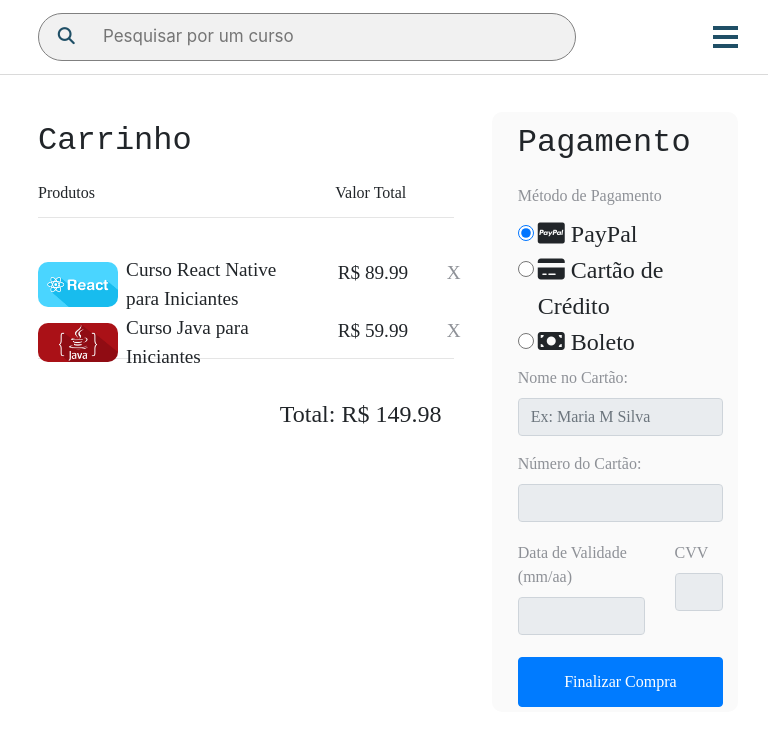
Repository: dudualtmann/Wissen
Page: Projeto Final2/WebContent/checkout.html
An editor plug-in stored every save of this project. The page is shown before and after the next save, followed by the edit.
The browser window is 768 px wide. The pictures show the whole page.
Some web fonts or font styles are not loaded; a fallback is used. Some web libraries are served in a nearby version.

Above is the page before, as saved 2021-01-30 06:54:41.

### Projeto Final2/WebContent/checkout.html
<!doctype html>
<html lang="pt-br">
  <head>
    <title>Wissen | Checkout</title>
    <!-- Required meta tags -->
    <meta charset="ISO-8859-1">
    <meta name="viewport" content="width=device-width, initial-scale=1, shrink-to-fit=no">
    <link href="https://fonts.googleapis.com/css2?family=Bree+Serif&display=swap" rel="stylesheet">
    <link href="https://fonts.googleapis.com/css2?family=Big+Shoulders+Inline+Display:wght@600&display=swap" rel="stylesheet">
    <link rel="preconnect" href="https://fonts.gstatic.com">
    <link href="https://fonts.googleapis.com/css2?family=Major+Mono+Display&display=swap" rel="stylesheet">
    <link rel="stylesheet" href="css/style.css">
    <link rel="stylesheet" href="css/checkout.css">
    <script src="https://kit.fontawesome.com/b1b1442df1.js" crossorigin="anonymous"></script>
    <!-- Bootstrap CSS -->
    <link rel="stylesheet" href="https://stackpath.bootstrapcdn.com/bootstrap/4.3.1/css/bootstrap.min.css" integrity="sha384-ggOyR0iXCbMQv3Xipma34MD+dH/1fQ784/j6cY/iJTQUOhcWr7x9JvoRxT2MZw1T" crossorigin="anonymous">
  </head>
  <body>

    <header class="header-wissen">
        <nav class="menu-topo-wissen row">
        <div class="wis-menu col-sm-2">
            <a class="logo-wissen-a" href="index.html" title="Wissen - A Plataforma do Conhecimento">
                <img class="logo-wissen" src="images/labelwissen.png" alt="WISSEN">
            </a>
        </div>

        <nav class="menu-itens col-sm-6">
            <span class="nav-item"><a href="#">Categorias</a></span>
            <span class="span-search">
                <input type="text" placeholder="Pesquisar por um curso">
                <button type="submit"><i class="fa fa-search"></i></button>
            </span>
        </nav>

        <div class="login-box col-sm-4 pr-5">
            <a class="btn-cart" href="#" role="button" ><i class="fas fa-shopping-cart"></i></a>
            <a class="btn-heart" href="#" role="button" ><i class="fas fa-heart"></i></a>
            <a class="btn-cursos" href="#" role="button" >Meus Cursos</a>
            <a href="#"><i class="fas fa-user link-login-wissen login-svg" ></i></a>
        </div>
    </nav>
    <!-- Mobile -->
    <nav class="nav-mobile">


        <span class="span-search">
            <input type="text" placeholder="Pesquisar por um curso">
            <button type="submit"><i class="fa fa-search"></i></button>
        </span>



        <div class="burger">
            <div class="line1"></div>
            <div class="line2"></div>
            <div class="line3"></div>
        </div>

        <ul class="nav-links">
            <li class="nav-li1"><a href="#">Categorias</a></li>
            <li ><a class="btn-cart" href="#" role="button" ><i class="fas fa-shopping-cart"></i></a></li>
            <li ><a class="btn-heart" href="#" role="button" ><i class="fas fa-heart"></i></a></li>
            <li ><a class="btn-cursos" href="#" role="button" >Meus Cursos</a></li>
            <li><a href="#"><i class="fas fa-user link-login-wissen login-svg"></i></a></li>
            <li><a class="logo-wissen-a" href="home.html" title="Wissen - A Plataforma do Conhecimento">
                <img class="logo-wissen" src="images/labelwissen.png" alt="WISSEN">
            </a></li>
        </ul>
    </nav>
    </header>

    <main class="container-fluid">
        <form action="SvCadastroPedido" method="POST">
            <input type="hidden" name="id_cursos" id="id_cursos" value="">
            <input type="hidden" name="total-price" id="total-price" value="">

        <section class="row main-section">

        <div class="col-md-8 left-col">
            <p class="p-title">Carrinho</p>
            <div class="divider">
                <div class="div-products">
                    <div class="row labels">
                        <p class="col-md-8">Produtos</p>
                        <p class="col-md-4">Valor Total</p>
                    </div>
                    <hr>

                    <div class="courses row align-items-center">
                        <div class="col-md-8 item">
                            <img src="images/react.png" alt="">
                            <div class="p-text">Curso React Native para Iniciantes</div>
                        </div>
                        <div class="col-md-3">
                            <div class="p-text">R$ 89.99</div>
                        </div>
                        <div class="col-md-1"><button class="btn-x">X</button></div>
                        <input type="hidden" class="id-curso" value="2">
                    </div>

                    <div class="courses row align-items-center">
                        <div class="col-md-8 item">
                            <img src="images/java.png" alt="">
                            <div class="p-text">Curso Java para Iniciantes</div>
                        </div>
                        <div class="col-md-3">
                            <div class="p-text">R$ 59.99</div>
                        </div>
                        <div class="col-md-1"><button class="btn-x">X</button></div>
                        <input type="hidden" class="id-curso" value="1">
                    </div>

                    <hr>
                    <div class="total">
                        <p class="total-price">Total: R$ <span id="preco-total">149.98</span></p>
                    </div>

                </div>
            </div>
        </div>

        <div class="col-md-4 right-col">
            <p class="p-title">Pagamento</p>
            <div class="div-checkout">
                <label class="l-text">Método de Pagamento</label>
                <div class="form-check">
                    <label class="form-check-label">
                    <input type="radio" class="form-check-input" name="payment-method" id="" value="PayPal" checked>
                    <i class="fab fa-cc-paypal"></i> PayPal
                  </label>
                </div>
                <div class="form-check">
                    <label class="form-check-label">
                    <input type="radio" class="form-check-input" name="payment-method" id="" value="Cartão de Crédito">
                    <i class="fas fa-credit-card"></i> Cartão de Crédito
                  </label>
                </div>
                <div class="form-check">
                    <label class="form-check-label">
                    <input type="radio" class="form-check-input" name="payment-method" id="" value="Boleto">
                    <i class="fas fa-money-bill"></i> Boleto
                  </label>

                </div>
                <div class="form-group first-input">
                    <label class="l-text">Nome no Cartão:</label>
                    <input type="text"
                      class="form-control" name="name" id="" aria-describedby="helpId" placeholder="Ex: Maria M Silva" disabled>
                </div>
                <div class="form-group">
                    <label class="l-text">Número do Cartão:</label>
                    <input type="text"
                      class="form-control" name="name" id="" aria-describedby="helpId" placeholder="" disabled>
                </div>

                <div class="row">
                  <div class="form-group col-md-8">
                    <label class="l-text">Data de Validade (mm/aa)</label>
                    <input type="text"
                        class="form-control" name="" id="" aria-describedby="helpId" placeholder="" disabled>
                  </div>
                  <div class="form-group col-md-4">
                    <label class="l-text">CVV</label>
                    <input type="number"
                        class="form-control" name="" id="" aria-describedby="helpId" placeholder="" disabled>
                  </div>
                </div>

                <input name="" id="" class="btn btn-primary btn-finalizar" type="submit" value="Finalizar Compra">
            </div>
        </div>

    </section>
    </form>
    </main>





    <!-- Optional JavaScript -->

    <script src="https://ajax.googleapis.com/ajax/libs/jquery/3.5.1/jquery.min.js"></script>


    <!-- jQuery first, then Popper.js, then Bootstrap JS -->
    <script src="https://code.jquery.com/jquery-3.3.1.slim.min.js" integrity="sha384-q8i/X+965DzO0rT7abK41JStQIAqVgRVzpbzo5smXKp4YfRvH+8abtTE1Pi6jizo" crossorigin="anonymous"></script>
    <script src="https://cdnjs.cloudflare.com/ajax/libs/popper.js/1.14.7/umd/popper.min.js" integrity="sha384-UO2eT0CpHqdSJQ6hJty5KVphtPhzWj9WO1clHTMGa3JDZwrnQq4sF86dIHNDz0W1" crossorigin="anonymous"></script>
    <script src="https://stackpath.bootstrapcdn.com/bootstrap/4.3.1/js/bootstrap.min.js" integrity="sha384-JjSmVgyd0p3pXB1rRibZUAYoIIy6OrQ6VrjIEaFf/nJGzIxFDsf4x0xIM+B07jRM" crossorigin="anonymous"></script>
    <script src="js/nav.js"></script>
    <script src="js/checkout.js"></script>

  </body>
</html>

### Projeto Final2/WebContent/css/style.css
/* style.css */

/* --- Header ---- */

.menu-topo-wissen{
    width: 100%;
}

.logo-wissen{
    margin-left: 25px;
    width: 170px;
}

.header-wissen{
    height: 75px;
    position: fixed;
    top: 0;
    z-index: 120;
    background-color: #fff;
    width: 100%;
    display: flex;
    align-items: center;
    padding: 0;
    border-bottom: 1px solid #dadada;
    box-sizing: border-box;
}

.login-box{
    display: flex;
    flex: 0 0 auto;
    align-items: center;
    justify-content: flex-end;
}

.login-svg{
    width: 30px;
}

.btn-cadastrar{
    background: #D9E7EE;
    right: 25px;
    color: #1F4F66;
    top: 18px;
    padding: 13px 20px;
    border-radius: 26px;
    font-weight: 600;
    margin-right: 10px;
    cursor: pointer;
    text-decoration: none;
}

.menu-itens{
    display: flex;
    justify-content: flex-start;
    align-items: center;
    font-family: 'Bree Serif', serif;
}

.menu-itens span a{
    text-decoration: none;
    color: #1F4F66;
    font-size: 1.4rem;
}

.menu-itens span a:hover{
    color: #1f50669a;
}

.nav-item{
    margin-left: 5%;
}

.burger{
    display: none;
}

.burger div{
    width: 25px;
    height: 4px;
    background-color:  #1F4F66;
    margin: 5px;
}

.nav-links{
    font-family: 'Bree Serif', serif;
    list-style: none;
    color: #1F4F66;
    font-size: 1.4rem;
    display: none;
}

.nav-links a{
    color: #1F4F66;
    text-decoration: none;
}

.nav-links a:hover{
    color: #1f50669a;
    text-decoration: none;
}

.nav-mobile{
    display: none;
}

/* CSS da NAV de quanto está logado */

.btn-cart{
    color: #1F4F66;
    font-size: 25px;
    padding: 13px 20px;

}

.btn-heart{
    color: #1F4F66;
    font-size: 25px;
    padding: 13px 20px;
    border-radius: 26px;
    margin-right: 20px;
}

.login-box a:hover{
    color:  #1f50669a;
}

.span-search {
    border: 1px solid grey;
    background: #f1f1f1;
    border-radius: 25px;
    width: 100%;
    margin-left: 5%;
}

.span-search input{
    padding: 10px;
    font-size: 17px;
    border: none;
    width: 90%;
    background: transparent;
    outline: none;
}

.span-search button {
    width: 10%;
    padding: 10px;
    float: left;
    background-color: transparent;
    border: none;
    text-decoration: none;
    color: #1F4F66;
    font-size: 17px;
    border-left: none; /* Prevent double borders */
    cursor: pointer;
}

.btn-cursos{
    font-family: 'Bree Serif', serif;
    text-decoration: none;
    color: #1F4F66;
    font-size: 1.4rem;
    margin-right: 5%;
}

.btn-cursos:hover{
    text-decoration: none;
    color:  #1f50669a;
}

.login-svg{
    color: #1F4F66; font-size: 30px;

}

.cart-number{
    position: absolute;
    text-align: center;
    font-family: 'Bree Serif', serif;
    top: 15px;
    right: 327px;
    background-color: red;
    width: 20px;
    border-radius: 80%;
}

/* Footer */

.footer-wissen{
    width: 100vw;
    background-color: rgb(241, 241, 241);
}

.footer-slogan h1{
    color: black;
    font-family: 'Bree Serif', serif;
    font-size: 24px;
    font-weight: 600;
    line-height: 1.88;
}

.copyright p{
    color:  rgba(121, 121, 121, 0.7);
    font-family: Inter;
    font-size: 1.3rem;
    font-weight: 300;
}



@media screen and (max-width:848px){

    .nav-mobile{
        display: flex;
        justify-content: space-around;
        align-items: center;
    }

    .wis-menu{
        position: absolute;
        left: 0;
    }

    .menu-topo-wissen .wis-menu,.menu-topo-wissen .menu-itens, .menu-topo-wissen .login-box{
        display: none;
    }

    .burger{
        display: block;
        margin-right: 25px;
        cursor: pointer;
    }

    .nav-links{
        display: flex;
        position: absolute;
        right: 0px;
        height: 110vh;
        top: 75px;
        background-color:#fff;
        flex-direction: column;
        align-items: center;
        width: 100%;
        transition: transform 0.5s ease-in;
        transform: translateX(100%);
    }

    .nav-links li{
        padding: 20px;
        opacity: 0;
    }

    .nav-li1{
        margin-top: 20px;
    }

    .login-box{
        margin-left: 40%;
    }

    .span-search input{
        width: 80%;
    }

    .span-search{
        width: 70%;
        position: absolute;
        left: 0;
    }

    .btn-heart{
        margin-right: 0;
    }

    .btn-cursos{
        margin-right: 0;
    }



}

.nav-active{
    transform: translateX(0%);
}

@keyframes navLinkFade{
    from{
        opacity: 0;
        transform: translateX(50px);
    }
    to{
        opacity: 1;
        transform: translateX(0px);
    }
}

### Projeto Final2/WebContent/css/checkout.css
/* checkout.css */

*{
    margin: 0px;
    padding: 0px;
    box-sizing: border-box;
    text-decoration: none;

}

.main-section{
    margin-top: 75px;
    width: 100%;
    height: 100%;
}

.p-title{
    margin-top: 1%;
    font-size: 2.0rem;
    margin-left: 5%;
    font-family: 'Major Mono Display', monospace;
}

.left-col,.right-col{
    margin-top: 5%;
    height: 600px;
}

/* Left-col */

.div-products{
    font-family: 'Bree Serif', serif;
    width: 85%;
}

.labels{
    height: 20px;
}

.divider{
    width: 100%;
    margin-top: 3%;
    display: flex;
    justify-content: center;
}

.courses{
    margin-top: 2%;
    height: 50px;
}

.btn-x{
    background-color: #FFFFFF;
    border: none;
    width: 100%;
    font-size: 1.2rem;
    color: #8E9197;
}

.btn-x:hover{
    color: #c4c4c5;
}

.p-text{
    font-size: 1.2rem;
    margin-left: 3%;
}

.item{
    display: flex;
    align-items: center;
}

.item img{
    width: 80px;
    border-radius: 10px;
}

.total{
    display: flex;
    width: 100%;
    justify-content: flex-end;
}

.total-price{
    margin-right: 3%;
    font-size: 1.5rem;
}

/* Right-col */

.right-col{
    background-color: #FAFAFA;
    padding: 5px;
    border-radius: 10px;
}

.div-checkout{
    margin-top: 8%;
    margin-left: 5%;
    font-family: 'Bree Serif', serif;
}

.l-text{
    font-family: 'Bree Serif', serif;
    font-size: 1.0rem;
    color: #8E9197;
}

.form-check-label{
    font-size: 1.5rem;
}

.form-check-input{
    height: 1.5rem;
    width: 1rem;
}

.form-group{
    margin-top: 1%;
}

.first-input{
    margin-top: 3%;
}

.btn-finalizar{
    margin-top: 3%;
    width: 100%;
    height: 50px;
}

@media screen and (max-width: 768px){
	.div-products{
    width: 90%;
}

.total-price{
	margin-top: 5%;
}

.item{
	margin-top: 5%;
}

.btn-x{
	width:5%;
}
	}

### Projeto Final2/WebContent/js/nav.js
// nav.js
const navSlide = () =>{
    const burger = $('.burger').get(0);
    const nav = $('.nav-links').get(0);
    const navLinks = document.querySelectorAll('.nav-links li');
    const navLinks2 = $('nav-links li');


    burger.addEventListener('click', () => {
        // Toggle Nav
        nav.classList.toggle('nav-active');
        // Animated Links
        navLinks.forEach((link,index) => {
        if(link.style.animation){
            link.style.animation = '';
        }
        else{
            link.style.animation =  `navLinkFade 0.5s ease forwards ${index/5+0.5}s`;
        }

    });
    });

    $(document).on('click', '.nav-links li a', function(){
        // Toggle Nav
        nav.classList.toggle('nav-active');
        // Animated Links
        navLinks.forEach((link,index) => {
        if(link.style.animation){
            link.style.animation = '';
        }
        else{
            link.style.animation =  `navLinkFade 0.5s ease forwards ${index/5+0.5}s`;
        }

    });
    })





}

navSlide();

### Projeto Final2/WebContent/js/checkout.js
// checkout.js

$(document).ready(function(){
    var divCursos = $(".id-curso");
    let idCursos = "";



    for(i = 0; i < divCursos.length;i++){
        if(divCursos.eq(i).val() != undefined){
            if(i >= 1)
            idCursos += "," + divCursos.eq(i).val();
            else
            idCursos = divCursos.eq(0).val();
        }

    }

$('#id_cursos').val(idCursos);

$('#total-price').val($('#preco-total').text());

})

var carrinho = $('.cart-number').text();

$(document).on('click', '.btn-x', function() {
    let id = $(this).parent().parent().find("input").val();
    let parentDiv = $(this).parent().parent();
    let coursePrice = $(this).parent().parent().find(".col-md-3 .p-text .course-price").text();
    $.ajax({url:"SvRemoveCarrinho", data: {idCurso:id},type: "post", success: function(responseText) {
        if(responseText == "ok"){
            // Curso removido do carrinho com sucesso
            carrinho -= 1;
            $('.cart-number').text(carrinho).show();

            console.log(coursePrice + " Course-price");
            let totalPrice = $('#total-price').val();
            console.log(totalPrice + " total price");
            totalPrice -= coursePrice;
            $('#total-price').val(totalPrice);
            $('#preco-total').text(totalPrice)
            parentDiv.remove();
        } else{
            // Erro ao adicionar curso no carrinho
            alert('erro: '+responseText);
        }

    }});
});

$(document).on('change', "#credit-card",function(){
	if($(this).prop("checked")){
		$('.card-info').prop("disabled",false);
	}
});

$(document).on('change', '#paypal, #boleto',function(){
	if($(this).prop("checked")){
		$('.card-info').prop("disabled",true);
	}
});

After the next save:
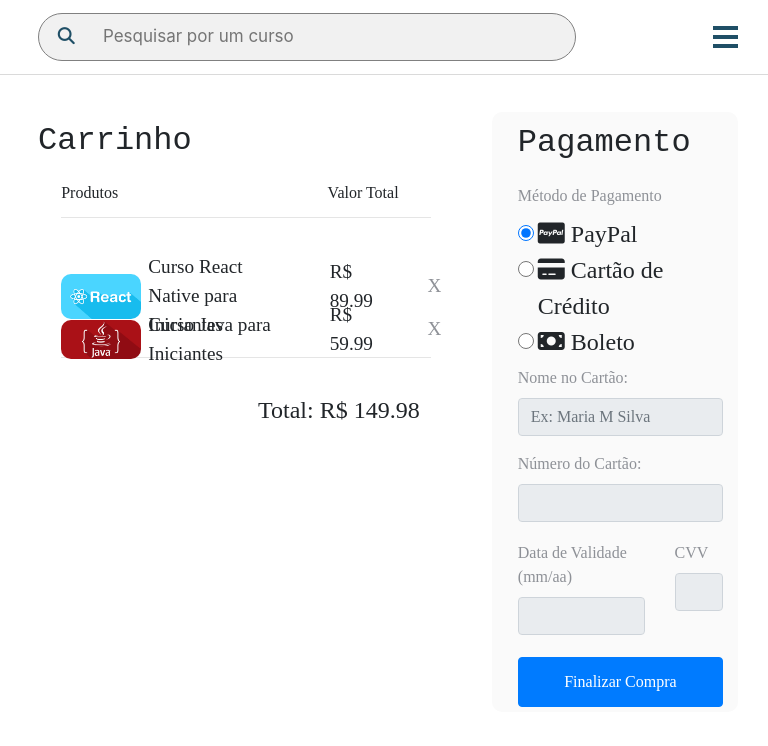
Saved 6 s later.
--- a/Projeto Final2/WebContent/css/checkout.css
+++ b/Projeto Final2/WebContent/css/checkout.css
@@ -132,7 +132,7 @@
 
 @media screen and (max-width: 768px){
 	.div-products{
-    width: 90%;
+    width: 80%;
 }
 
 .total-price{
